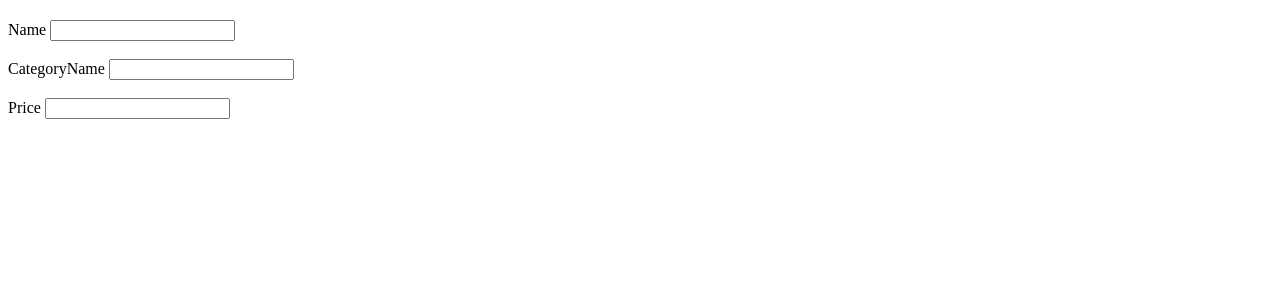
Repository: hnineiphyu-128/JavaEE_Exeercise_Lession
Page: http://localhost/05-jsp-java-bean/
The author's editor kept a copy of each file at every save. The page is drawn from the files as they stood at one save, then again after the next save.
The browser window is 1280 px wide. The pictures show the whole page.
The page is served by Tomcat 9.

Above is the page before, as saved 2020-12-17 10:00:31.

After the next save:
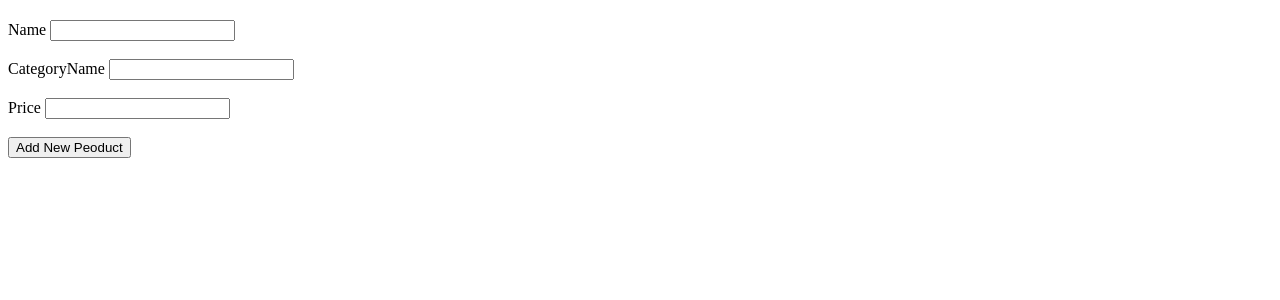
Saved 94 s later.
--- a/05-jsp-java-bean/src/main/webapp/index.jsp
+++ b/05-jsp-java-bean/src/main/webapp/index.jsp
@@ -16,6 +16,8 @@
 		<input type="text" name="categoryName"><br><br>
 		<label> Price </label>
 		<input type="text" name="price"><br><br>
+
+		<button type="submit"> Add New Peoduct </button>
 	</form>
 
 
